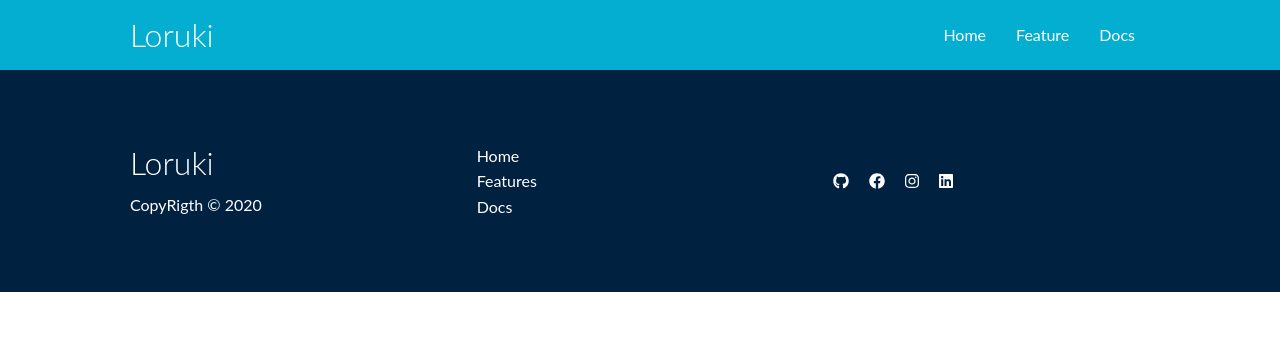
Repository: MosiurRrahman/loruki-app-reactjs
Page: /
An editor plug-in stored every save of this project. The page is shown before and after the next save, followed by the edit.
The browser window is 1280 px wide. The pictures show the whole page.
The project was rebuilt for these pictures with package versions that can differ from the ones it lists, and the page was loaded fresh each time.

Above is the page before, as saved 2021-10-05 12:13:59.

### src/index.js
import React from 'react';
import ReactDOM from 'react-dom';
import Layout from './components/app';
import './index.css';
// import './utilities';






class Root extends React.Component{
  render(){
    return(
      <Layout></Layout>
    );
  }
}




ReactDOM.render(
  <React.StrictMode>
    <Root />
  </React.StrictMode>,
  document.getElementById('root')
);

### src/components/app.jsx
import { Component } from "react";
import Footer from "./common/Footer";
import Header from "./common/Header";

class Layout extends Component {
  render() {
    return (
      <>
        <Header />
        <Footer />
      </>
    );
  }
}
export default Layout;

### src/index.css
/* all css imported */

@import url("./assets/css/main");
@import url("./assets/css/utilities");

### src/components/common/Footer.jsx
import {
  faFacebook,
  faGithub,
  faInstagram,
  faLinkedin,
} from "@fortawesome/free-brands-svg-icons";
import { FontAwesomeIcon } from "@fortawesome/react-fontawesome";
import { Component } from "react";

class Footer extends Component {
  render() {
    return (
      <>
        <footer class="footer bg-dark py-5">
          <div class="container grid grid-3">
            <div>
              <h1>Loruki</h1>
              <p>CopyRigth &copy; 2020</p>
            </div>
            <nav>
              <ul>
                <li>
                  <a href="index.html">Home</a>
                </li>
                <li>
                  <a href="feature.html">Features</a>
                </li>
                <li>
                  <a href="docs.html">Docs</a>
                </li>
              </ul>
            </nav>
            <div class="social">
              <a href="#">
                <FontAwesomeIcon icon={faGithub} />
              </a>
              <a href="#">
                <FontAwesomeIcon icon={faFacebook} />
              </a>
              <a href="#">
                <FontAwesomeIcon icon={faInstagram} />
              </a>
              <a href="#">
                <FontAwesomeIcon icon={faLinkedin} />
              </a>
            </div>
          </div>
        </footer>
      </>
    );
  }
}
export default Footer;

### src/components/common/Header.jsx
import { Component } from "react";

class Header extends Component {
  render() {
    return (
      <>
        <div class="navbar">
          <div class="container flex">
            <h1 class="logo">Loruki</h1>
            <nav>
              <ul>
                <li>
                  <a href="index.html">Home</a>
                </li>
                <li>
                  <a href="feature.html">Feature</a>
                </li>
                <li>
                  <a href="docs.html">Docs</a>
                </li>
              </ul>
            </nav>
          </div>
        </div>
      </>
    );
  }
}
export default Header;

### src/assets/css/main.css
:root {
  --primary-color: #04aed0;
  --secondry-color: #04a1c0;
  --dark-color: #002240;
  --light-color: #f4f4ff;
  --success-color: #5cb85c;
  --error-color: #d9534f;
}

* {
  box-sizing: border-box;
  margin: 0;
  padding: 0;
}

body {
  font-family: "lato", sans-serif;
  color: #333333;
  line-height: 1.6;
}

ul {
  list-style-type: none;
}

a {
  text-decoration: none;
  color: #333333;
}

h1,
h2 {
  font-weight: 300;
  line-height: 1.2;
  margin: 10px 0;
}

p {
  margin: 10px 0;
}

img {
  width: 100%;
}

code,
pre {
  background: #333;
  color: #fff;
  padding: 10px;
}

.hidden {
  visibility: hidden;
  height: 0;
}

/* === navbar style === */

.navbar {
  background-color: var(--primary-color);
  color: #ffffff;
  height: 70px;
}

.navbar .flex {
  justify-content: space-between;
}

.navbar ul {
  display: flex;
}

.navbar ul a {
  padding: 10px;
  margin: 0 5px;
  color: #fff;
  transition: 0.3s;
}

.navbar ul a:hover {
  border-bottom: 2px solid #fff;
}

/* === Showcase style === */

.showcase {
  height: 400px;
  background-color: var(--primary-color);
  color: #fff;
  position: relative;
}

.showcase h1 {
  font-size: 40px;
}

.showcase p {
  margin: 20px 0;
}

.showcase .grid {
  overflow: visible;
  grid-template-columns: 55% 45%;
  gap: 30px;
}

body {
  overflow-x: hidden;
}

.showcase-form {
  position: relative;
  top: 60px;
  height: 350px;
  max-width: 400px;
  padding: 40px;
  z-index: 100;
  animation: slideInFromRight 1s ease-in;
}

.showcase-text {
  animation: slideInFromLeft 1s ease-in;
}

.showcase .form-control {
  margin: 30px 0;
}

.showcase input[type="text"],
.showcase input[type="email"] {
  border: 0;
  border-bottom: 1px solid #b4becb;
  width: 100%;
  padding: 3px;
  font-size: 16px;
}

.showcase-form input:focus {
  outline: none;
}

.showcase::before,
.showcase::after {
  content: "";
  position: absolute;
  height: 100px;
  background: #fff;
  left: 0;
  bottom: -60px;
  right: 0;
  transform: skewY(-3deg);
  --webkit-transform: skewY(-3deg);
  --moz-transform: skewY(-3deg);
  --ms-transform: skewY(-3deg);
}

/* ===stats=== */

.stats {
  padding-top: 100px;
  animation: slideInFromBottom 1s ease-in;
}

.stats-heading {
  max-width: 500px;
  margin: auto;
}

.stats .grid h3 {
  font-size: 35px;
}

.stats .grid p {
  font-size: 20px;
  font-weight: bold;
}

/* cli */

.cli .grid {
  grid-template-columns: repeat(3, 1fr);
  grid-template-rows: repeat(2, 1fr);
}

.cli .grid > *:first-child {
  grid-column: 1 / span 2;
  grid-row: 1 / span 2;
}

/* Cloud */

.cloud .grid {
  grid-template-columns: repeat(4fr, 1fr);
}

/* languages */

.languages .flex {
  flex-wrap: wrap;
}

.languages .card {
  text-align: center;
  margin: 18px 10px 40px;
  transition: 0.3s;
}

.languages .card:hover {
  transform: translateY(-15px);
  color: var(--primary-color);
}

.languages .card h4 {
  font-size: 20px;
  margin-bottom: 10px;
}

/* Feature section */

.freatures-head img,
.docs-head img {
  width: 200px;
  justify-self: center;
}

.freatures-sub-head img {
  width: 300px;
  justify-self: flex-end;
}

/* feature main */

.freatures-main .card > i {
  margin-right: 20px;
}

.freatures-main .grid {
  padding: 30px;
}

.freatures-main .grid > *:first-child {
  grid-column: 1 / span 3;
}

.freatures-main .grid > *:nth-child(2) {
  grid-column: 1 / span 2;
}

.freatures-main .grid > *:nth-child(2) {
  justify-content: start;
}

/* dosc */

.docs-main h3 {
  margin: 20px 0;
}

.docs-main .grid {
  grid-template-columns: 1fr 2fr;
  align-items: flex-start;
}

.docs-main nav li {
  font-size: 20px;
  padding-bottom: 5px;
  margin-bottom: 5px;
  border-bottom: 1px solid #ccc;
}

.docs-main nav a:hover {
  color: var(--primary-color);
  font-weight: bold;
}

/* Footer */

.footer .social a {
  margin: 0 10px;
}

.footer .social a li {
  transition: 0.3s;
}

.footer .social a li:hover {
  transform: translateY(-5px);
  color: var(--primary-color);
}

/* Animation */

@keyframes slideInFromLeft {
  0% {
    transform: translateX(-100%);
  }
  100% {
    transform: translateX(0);
  }
}

@keyframes slideInFromRight {
  0% {
    transform: translateX(70%);
  }
  100% {
    transform: translateX(0);
  }
}

@keyframes slideInFromTop {
  0% {
    transform: translateY(-100%);
  }
  100% {
    transform: translateX(0);
  }
}

@keyframes slideInFromBottom {
  0% {
    transform: translateY(100%);
  }
  100% {
    transform: translateX(0);
  }
}

/* ===responsive css ===*/

/* Tablets and under */

@media (max-width: 768px) {
  .grid,
  .showcase .grid,
  .stats .grid,
  .cli .grid,
  .cloud .grid,
  .freature-main .grid,
  .docs-main .grid {
    grid-template-columns: 1fr;
    grid-template-rows: 1fr;
  }
  .showcase {
    height: auto;
  }
  .showcase-text {
    text-align: center;
    margin-top: 40px;
    animation: slideInFromTop 1s ease-in;
  }
  .showcase-form {
    justify-self: center;
    margin: auto;
    animation: slideInFromBottom 1s ease-in;
  }
  .cli .grid > *:first-child {
    grid-column: 1;
    grid-row: 1;
  }
  .freatures-head,
  .freatures-sub-head,
  .docs-head {
    text-align: center;
  }
  .freatures-head img,
  .freatures-sub-head img,
  .docs-head img {
    justify-self: center;
  }
  .freatures-main .grid > *:first-child,
  .freatures-main .grid > *:nth-child(2) {
    grid-column: 1;
  }
}

/* Mobile */

@media (max-width: 500px) {
  .navbar {
    height: 110px;
  }
  .navbar .flex {
    flex-direction: column;
  }
  .navbar ul {
    padding: 10px;
    background: rgba(0, 0, 0, 0.1);
  }
}

/* ===responsive css end ===*/

### src/assets/css/utilities.css
/* === utlities === */

.container {
  max-width: 1100px;
  margin: 0 auto;
  overflow: auto;
  padding: 0 40px;
}

.card {
  background-color: #fff;
  color: #333;
  border-radius: 10px;
  box-shadow: 0 3px 10px rgba(0, 0, 0, 0.2);
  padding: 20px;
  margin: 10px;
}

.card p {
  padding-left: 20px;
}

.btn {
  display: inline-block;
  padding: 10px 30px;
  cursor: pointer;
  background: var(--primary-color);
  color: #fff;
  border: none;
  border-radius: 5px;
  transition: 0.3s;
}

.btn-outline {
  background-color: transparent;
  border: 1px solid #ffffff;
}

.btn:hover {
  transform: translate(5px);
}

/* background and colored buttons */

.btn-primary,
.bg-primary {
  background-color: var(--primary-color);
  color: #ffffff;
}

.btn-secondry,
.bg-secondry {
  background-color: var(--secondry-color);
  color: #ffffff;
}

.btn-dark,
.bg-dark {
  background-color: var(--dark-color);
  color: #ffffff;
}

.btn-light,
.bg-light {
  background-color: var(--light-color);
  color: #333;
}

.btn-primary a,
.bg-primary a,
.btn-secondry a,
.bg-secondry a,
.btn-dark a,
.bg-dark a {
  color: #fff;
}

/* text sizes */

.lead {
  font-size: 20px;
}

.sm {
  font-size: 1rem;
}

.md {
  font-size: 2rem;
}

.lg {
  font-size: 3rem;
}

.xl {
  font-size: 4rem;
}

.text-center {
  text-align: center;
}

.flex {
  display: flex;
  justify-items: center;
  align-items: center;
  height: 100%;
}

.grid {
  display: grid;
  grid-template-columns: repeat(2, 1fr);
  gap: 20px;
  justify-content: center;
  align-items: center;
  height: 100%;
}

.grid-3 {
  grid-template-columns: repeat(3, 1fr);
}

/* alart */

.alert {
  background-color: var(--light-color);
  padding: 10px 20px;
  font-weight: bold;
  margin: 15px 0;
}

.alert i {
  margin-right: 10px;
}

.alert-success {
  background-color: var(--success-color);
  color: #fff;
}

.alert-error {
  background-color: var(--errer-color);
  color: #fff;
}

/* Margin */

.my-1 {
  margin: 1rem 0;
}

.my-2 {
  margin: 1.5rem 0;
}

.my-3 {
  margin: 2rem;
}

.my-4 {
  margin: 3rem 0;
}

.my-5 {
  margin: 4rem 0;
}

.m-1 {
  margin: 1rem;
}

.m-2 {
  margin: 1.5rem;
}

.m-3 {
  margin: 2rem;
}

.m-4 {
  margin: 3rem;
}

.m-5 {
  margin: 4rem;
}

/* padding */

.py-1 {
  padding: 1rem 0;
}

.py-2 {
  padding: 1.5rem 0;
}

.py-3 {
  padding: 2rem;
}

.py-4 {
  padding: 3rem 0;
}

.py-5 {
  padding: 4rem 0;
}

.p-1 {
  padding: 1rem;
}

.p-2 {
  padding: 1.5rem;
}

.p-3 {
  padding: 2rem;
}

.p-4 {
  padding: 3rem;
}

.p-5 {
  padding: 4rem;
}

Loaded but not shown: public/index.html (common file)

After the next save:
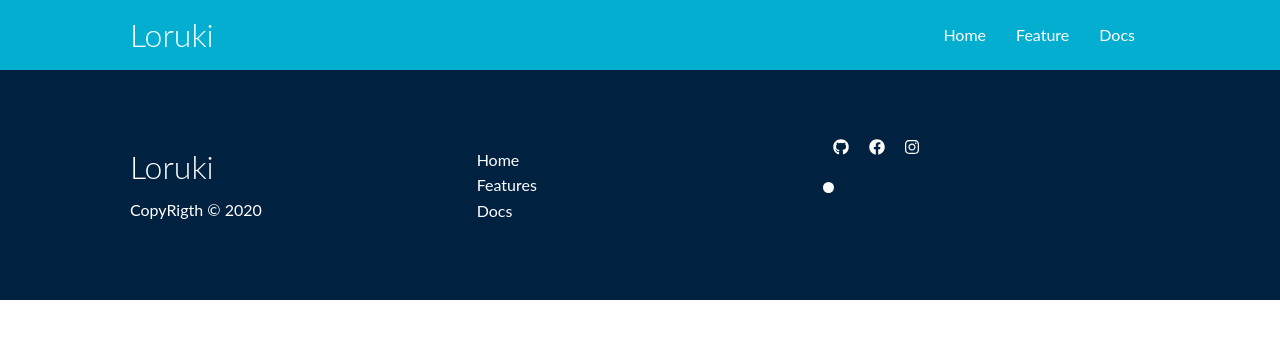
Saved 2 min 56 s later.
--- a/src/components/common/Footer.jsx
+++ b/src/components/common/Footer.jsx
@@ -2,7 +2,6 @@ import {
   faFacebook,
   faGithub,
   faInstagram,
-  faLinkedin,
 } from "@fortawesome/free-brands-svg-icons";
 import { FontAwesomeIcon } from "@fortawesome/react-fontawesome";
 import { Component } from "react";
@@ -30,7 +29,7 @@ class Footer extends Component {
                 </li>
               </ul>
             </nav>
-            <div class="social">
+            <div className="social">
               <a href="#">
                 <FontAwesomeIcon icon={faGithub} />
               </a>
@@ -41,7 +40,7 @@ class Footer extends Component {
                 <FontAwesomeIcon icon={faInstagram} />
               </a>
               <a href="#">
-                <FontAwesomeIcon icon={faLinkedin} />
+                <li class="fab fa-linkedin fa-2x"></li>
               </a>
             </div>
           </div>
